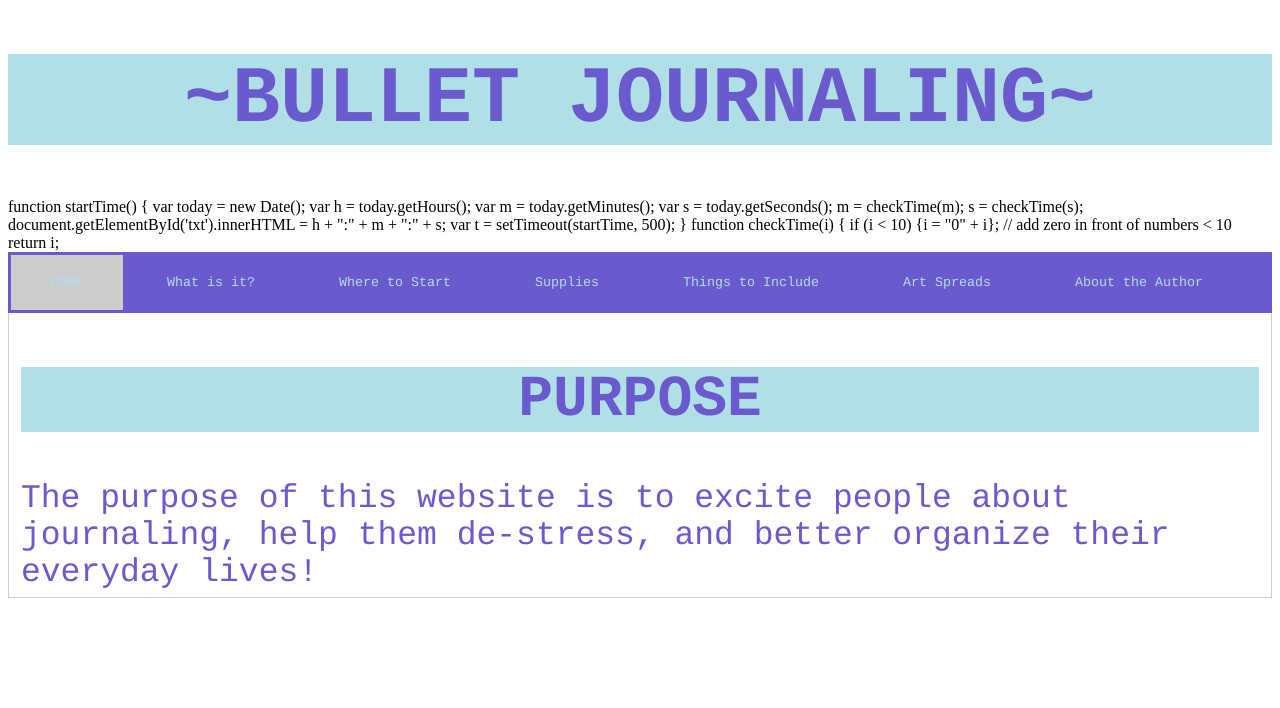
Repository: m-e-l-i-s-s-a/m-e-l-i-s-s-a.github.io
Page: journaling/index.html
The author's editor kept a record of every edit. The page is drawn from the files as they stood at one moment, then again after the next edit.
The browser window is 1280 px wide. The pictures show the whole page.

Above is the page before.

### journaling/index.html
<!doctype html>
  <html lang="en">
       <head>
           <meta charset="utf-8">
           <title>journaling site</title>
       </head>
       <body>

           <h1>
            ~BULLET JOURNALING~
          </h1>
          <p:o>
          function startTime() {
          var today = new Date();
          var h = today.getHours();
          var m = today.getMinutes();
          var s = today.getSeconds();
          m = checkTime(m);
          s = checkTime(s);
          document.getElementById('txt').innerHTML =
          h + ":" + m + ":" + s;
          var t = setTimeout(startTime, 500);
            }
          function checkTime(i) {
          if (i < 10) {i = "0" + i};  // add zero in front of numbers < 10
            return i;
          </p:o>
          <div class="tab">
          <button class="tablinks" onclick="openStep(event, 'HOME')"  id="defaultClose">HOME</button>
          <button class="tablinks" onclick="openStep(event, 'What is it?')">What is it?</button>
          <button class="tablinks" onclick="openStep(event, 'Where to Start')">Where to Start</button>
          <button class="tablinks" onclick="openStep(event, 'Supplies')">Supplies</button>
          <button class="tablinks" onclick="openStep(event, 'Things to Include')">Things to Include</button>
          <button class="tablinks" onclick="openStep(event, 'Art Spreads')">Art Spreads</button>
          <button class="tablinks" onclick="openStep(event, 'About the Author')">About the Author</button>
          </div>

          <div id="HOME" class="tabcontent">
          <h2>
          PURPOSE
          </h2>
          <p1>
          The purpose of this website is to excite people about journaling, help them de-stress, and better organize their everyday lives!</p1>
          <br>
          </div>

          <div id="What is it?" class="tabcontent">
          <h3>
          WHAT IS BULLET JOURNALING?
          </h3>
          <p2>
          Bullet journaling is a customizable way to organize your life and make it more managable. Some bullet journals are very focused on planning and efficiency, while others are artsy and fun. Any which way, a bullet journal is meant to be a planner that you can do whatever you want with!
          <br>
          </p2>
          <img src="mini.journal.jpg" alt="efficent" style="width:400px;height:400px;" class="right">
          <img src="artsy_journal.jpg" alt="art" style="width:400px;height:400px;" class="right">
          </div>

          <div id="Where to Start" class="tabcontent">
          <h4>
          WHERE TO START
          </h4>
          <p3>
          To start, you have to make sure you choose the right journal for you.
          <br>
          </p3>
          <img src="1917.dotted.jpg" alt="1917" style="width:500px;height:500px;" class="right">
          <img src="moleskine.dotted.jpg" alt="mole.cutie" style="width:500px;height:500px;" class="right">
          <img src="ghost.grid.jpg" alt="ghost" style="width:450px;height:500px;" class="right">
          <pbook>
          <br>
          Above are three options that many expirenced  folks use!
          <br>
          </pbook>
          <p1a>
          <br>
          The journal(left) known as the Leuchtturm 1917
          is considered a top choice by most.
          You can purchase it for $20 on amazon
          but there are cheaper options shown here too.
          Many people like this journal because of
          the many perks, like thick, dotted and
          numbered pages, label stickers, and
          many colors to choose from!
          <br>
          </p1a>
          <p1b>
          <br>
          The journal(middle) is called the Moleskine Dotted Hardcover journal.
          Many people consider this journal to be well made and very customizable.
          You can purchase it for $18 on amazon
          so slightly cheaper than the Leuchtturm.
          This journal is a pretty blank slate, making it well liked among the artsy type for journaling.
          The pages are thick, making them perfect for pens and markers.
          The artist in you will really love this!
          <br>
          </p1b>
          <p1c>
          <br>
          The journal(right) is called the Ghost Grid Dot journal.
          This journal isn't very popular due to the loud cover art, but it's a great place to start for beginners.
          You can purchase it for $10 on amazon making it quite affordable.
          This is yet another perk for beginners.
          This journal is spiral bound, which is not usual for bullet journalling, however many people are more comfortable and familiar with spiral notebooks.
          The pages are thick, dotted, and it has built in index pages at the front.
          <br>
          </p1c>
          </div>

          <div id="Supplies" class="tabcontent">
          <h5>
          SUPPLIES
          </h5>
          <p4>
          There are numerous amounts of supplies you can use for journalling, from a few pens to a whole art kit. Here I'll give you some commonly used to get you going!
          <br>
          </p4>
          <hboi>
          <br>
          Fineliners
          <br>
          </hboi>
          <pboi>
          <br>
          Fineliners are markers that come in many different colors that have a very fine tip. Normally used for outlining and writing, they are a staple in most bullet journals.
          <br>
          </pboi>
          <img src="liners.1.jpg" alt="liners.1" style="width:500px;height:500px;">
          <img src="liners.2.jpg" alt="liners.2" style="width:500px;height:500px;">
          <hboiv2>
          <br>
          Pens
          <br>
          </hboiv2>
          <pboiv2>
          <br>
          You probably have countless pens around your house but most journals have thick paper that will work much better with high quality gel pens.
          <br>
          </pboiv2>
          <img src="pens.1.jpg" alt="pens.1" style="width:500px;height:500px;">
          <img src="pens.2.jpg" alt="pens.2" style="width:500px;height:500px;">
          <hboiv3>
          <br>
          Markers
          <br>
          </hboiv3>
          <pboiv3>
          <br>
          Markers are used to color, decorate, and embelish the spreads in your bullet journal. While they aren't necesseary to journalling, they can be a great and exciting edition to yours!
          <br>
          </pboiv3>
          <img src="markers.1.jpg" alt="markers.1" style="width:500px;height:500px;">
          <img src="markers.2.jpg" alt="markers.2" style="width:500px;height:500px;">
          </div>

          <div id="Things to Include" class="tabcontent">
          <h6>
          THINGS TO INCLUDE
          </h6>
          <p5>
          You can include some many things in a bullet journal, but it is common to include calenders, planners, and other organizational spreads. However, there are plenty of things that can give your journal more personality!
          <br>
          </p5>
          <img src="daily.planner.jpg" alt="daily" style="width:500px;height:500px;">
          <img src="monthly.planner.png" alt="monthly" style="width:500px;height:500px;">
          <h1a>
          <br>
          Planners
          </h1a>
          <p2a>
          <br>
          Planners are what bullet journals are all about! They help you organize your life, remember important dates, and everything in between!
          <br>
          </p2a>
          <img src="mood.tracker.1.jpg" alt="mood.1" style="width:500px;height:500px;">
          <img src="mood.tracker.2.png" alt="mood.2" style="width:500px;height:500px;">
          <h1b>
          <br>
          Mood Trackers
          <br>
          </h1b>
          <p2b>
          <br>
          Mood trackers can help you recongize and pick up on behaviors you feel throughtout the month so yu can reflect on yourself and your emotions.
          <br>
          </p2b>
          <img src="habit.tracker.1.jpg" alt="habit.1" style="width:500px;height:500px;">
          <img src="habit.tracker.2.jpg" alt="habit.2" style="width:500px;height:500px;">
          <h1c>
          <br>
          Habit Trackers
          <br>
          </h1c>
          <p2c>
          <br>
          Habit trackers, similar to mood trackers, help you understand and keep track of things you might forget about like water or food intake. Tracking this can help you understand your behaviors and see what you can improve on!
          <br>
          </p2c>
          </div>

          <div id="Art Spreads" class="tabcontent">
          <hbruh>
          ART SPREADS
          </hbruh>
          <p7>
          <br>
          <img src="spread.1.jpg" alt="1" style="width:500px;height:500px;">
          <img src="spread.2.png" alt="2" style="width:500px;height:500px;">
          <img src="spread.3.png" alt="3" style="width:500px;height:500px;">
          <img src="spread.4.jpg" alt="4" style="width:500px;height:500px;">
          <br>
          </p7>
          </div>

          <div id="About the Author" class="tabcontent">
          <h9>
          ABOUT THE AUTHOR
          <br>
          </h9>
          <p8>
          <br>
          The author of this site is a person named Melissa Gomez. She really likes to draw, design, and journal but unforunately, often can't find enough time to dedicate in her everyday life to this.
          <br>
          </p8>
          </div>

          <script>
          function openStep(evt, stepName)
          {
            var i, tabcontent, tablinks;
            tabcontent = document.getElementsByClassName("tabcontent");
            for (i = 0; i < tabcontent.length; i++)
            {
              tabcontent[i].style.display = "none";
            }
            tablinks = document.getElementsByClassName("tablinks");
            for (i = 0; i < tablinks.length; i++)
            {
              tablinks[i].className = tablinks[i].className.replace(" active", "");
            }
            document.getElementById(stepName).style.display = "block";
            evt.currentTarget.className += " active";
          }
          </script>

          <script>
          document.getElementById("defaultClose").click();
          </script>
  </body>

  </html>

  <link href="journaling.css" rel="stylesheet" type="text/css">

### journaling/journaling.css
h1
       {
 	       text-align: center;
 	       font-family: courier;
 	       color: slateblue;
 	       background-color: powderblue;
 	       font-size: 80px;
       }

h2, h3, h4, h5, h6, h7, hbruh, h9
       {
 	       text-align: center;
 	       font-family: courier;
 	       color: slateblue;
 	       background-color: powderblue;
 	       font-size: 58px;
       }

h1a, h1b, h1c, hboi, hboiv2, hboiv3
       {
              text-align: center;
 	       font-family: courier;
 	       color: slateblue;
 	       background-color: powderblue;
 	       font-size: 58px;
       }
p1, p2, p3, p4, p5, p6, p7, p8, pbook
       {
              text-align: center;
              font-family: courier;
              color: slateblue;
              font-size: 33px;
       }

p1a, p1b, p1c, p2a, p2b, p2c, pboi, pboiv2, pboiv3
       {
              text-align: left;
              font-family: courier;
              color: slateblue;
              font-size: 25px;
       }

.tab   {
              overflow: hidden;
              border: 3px solid slateblue;
              background-color: slateblue;
       }

.tab button
       {
              background-color: inherit;
              float: inherit;
              border: none;
              outline: none;
              color: powderblue;
              cursor: pointer;
              padding: 20px 40px;
              transition: 0.3s;
              font-family: courier;
       }

/* Change background color of buttons on hover */
.tab button:hover
       {
              background-color: #ddd;
       }

/* Create an active/current "tab button" class */
.tab .active
       {
              background-color: #ccc;
       }

/* Style the tab content */
.tabcontent
       {
              display: none;
              padding: 6px 12px;
              border: 1px solid #ccc;
              border-top: none;
       }

After the next edit:
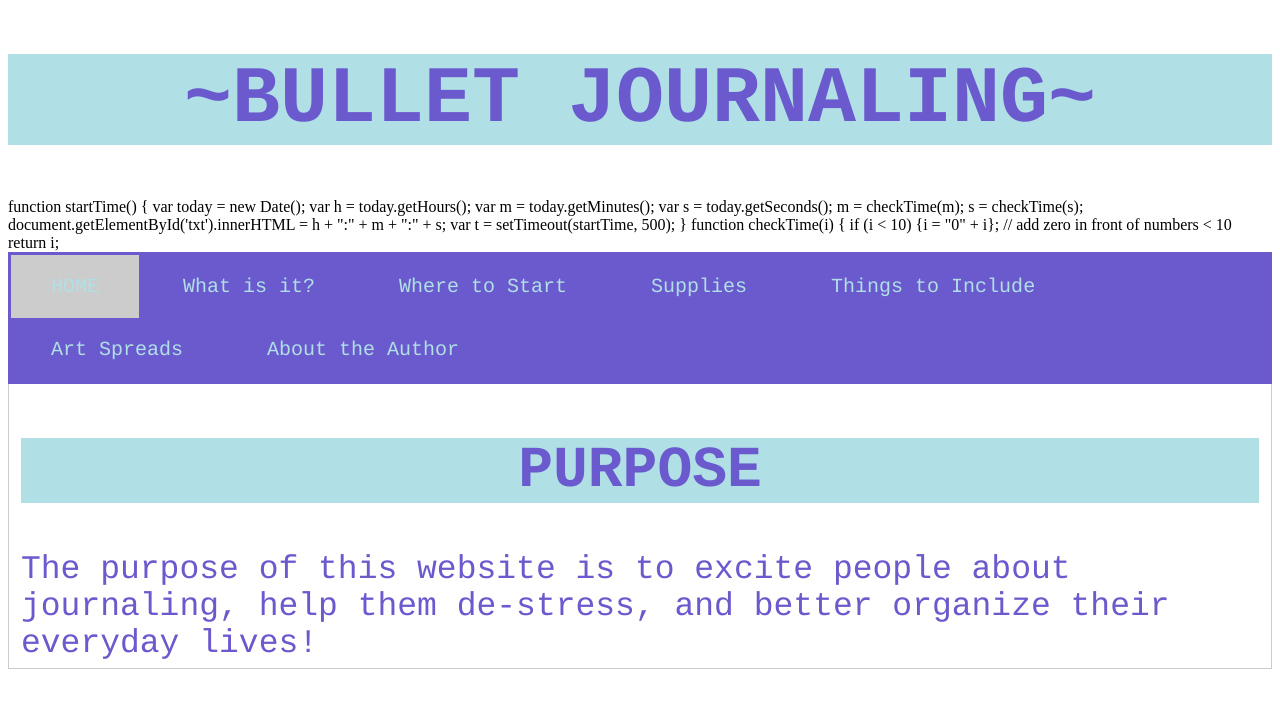
The edit:
--- a/journaling/journaling.css
+++ b/journaling/journaling.css
@@ -57,6 +57,7 @@
               padding: 20px 40px;
               transition: 0.3s;
               font-family: courier;
+              font-size: 20px
        }
 
 /* Change background color of buttons on hover */
